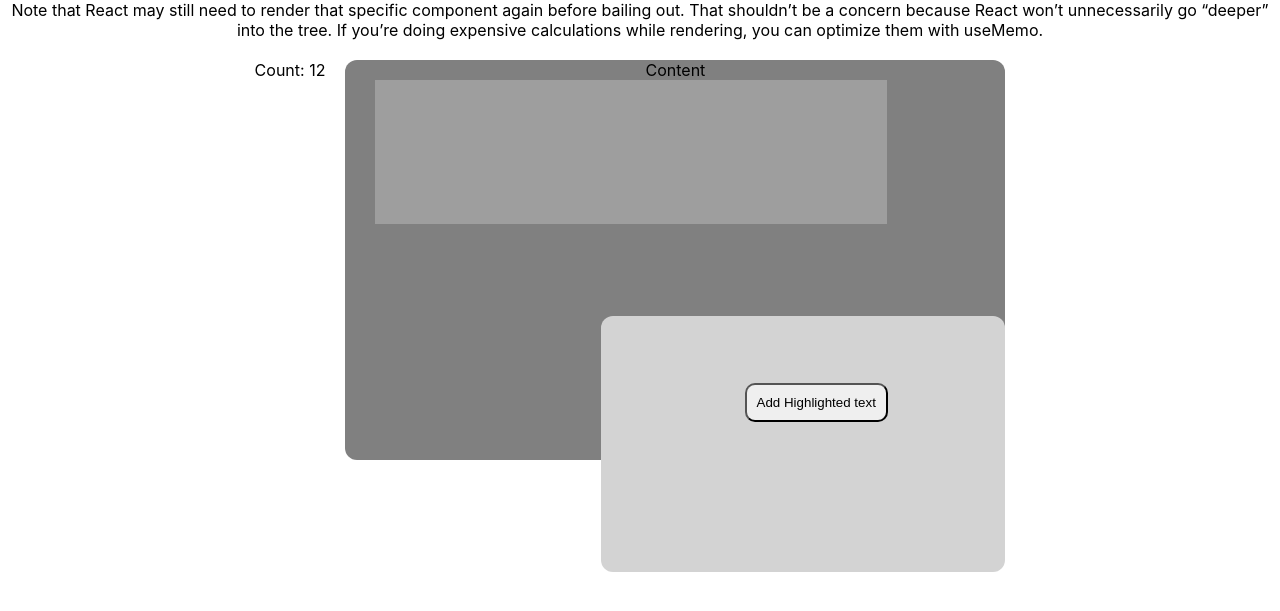
Repository: Farbod29/React-text-highlighter-with-hook-
Page: /
An editor plug-in stored every save of this project. The page is shown before and after the next save, followed by the edit.
The browser window is 1280 px wide. The pictures show the whole page.
Pictures or frames that could not be fetched are drawn as grey boxes. The project was rebuilt for these pictures with package versions that can differ from the ones it lists, and the page was loaded fresh each time.

Above is the page before, as saved 2022-02-18 21:58:30.

### src/App.js
import './App.css';
import Highlighter from './highlighter';
function App() {
  return (
    <div className="App">
      <Highlighter />
    </div>
  );
}

export default App;

### src/highlighter.js
import React, { useEffect, useState } from 'react';

export default function Highlighter() {
  let doit = () => {
    document.onmouseup = () => {
      console.log(window.getSelection().toString());
    };
  };
  const [count, setCount] = useState(12);
  return (
    <>
      <div>
        {' '}
        Note that React may still need to render that specific component again
        before bailing out. That shouldn’t be a concern because React won’t
        unnecessarily go “deeper” into the tree. If you’re doing expensive
        calculations while rendering, you can optimize them with useMemo.
      </div>
      Count: {count}
      {/* <button onClick={() => setCount((prevCount) => prevCount - 1)}>-</button> */}
      <div
        style={{
          padding: '0px 10px',
          height: '400px',
          width: '50vw',
          margin: '20px',
          borderRadius: '12px',
          backgroundColor: 'gray',
          inline: true,
          fontColor: 'red',
          display: 'inline-block',
          textAlign: 'center',
          position: 'relative',
        }}
      >
        <div
          style={{
            padding: '0px 10px',
            backgroundColor: '#D3D3D3',
            height: '20vw',
            width: '30vw',
            left: '20vw',
            top: '20vw',
            borderRadius: '12px',
            position: 'absolute',
          }}
        />
        <img
          style={{
            height: '20vh',
            width: '40vw',
            position: 'absolute',
            left: 30,
            top: 20,
          }}
          src="https://pfrias.couragecompanion.eu/storage/m/_v2/213604778138275840/4f8b684e5-e9314a/vlyvkRQwb3ew/u8hVvH5l5IFvha9MQyXCzPOYLo2SXG3bqIpv6vBg.png"
        ></img>
        Content
        <div
          style={{
            position: 'absolute',
            bottom: '3vw',
            left: '24vw',
            right: '2vw',
          }}
        >
          <button
            style={{ padding: '10px', borderRadius: '10px' }}
            onClick={() => setCount(12)}
          >
            {' '}
            Add Highlighted text{' '}
          </button>
        </div>
      </div>
      {doit()}
    </>
  );
}

Loaded but not shown: public/index.html (common file); src/index.js (common file); src/index.css (common file); src/reportWebVitals.js (common file); src/App.css (common file)

After the next save:
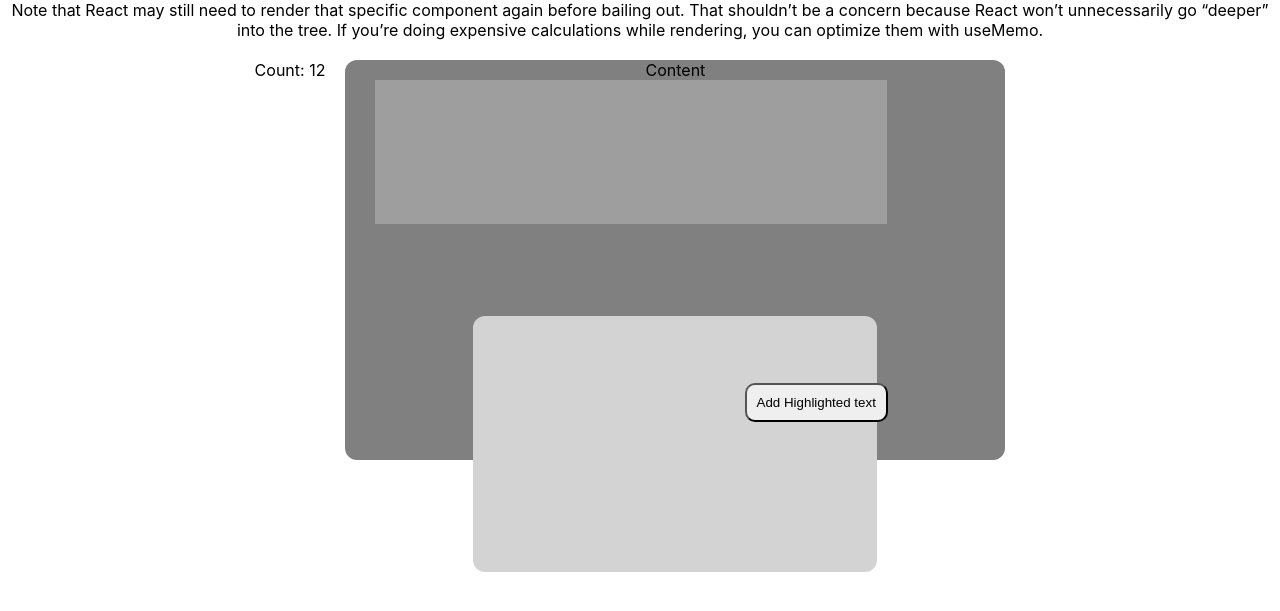
Saved 6 s later.
--- a/src/highlighter.js
+++ b/src/highlighter.js
@@ -39,7 +39,7 @@ export default function Highlighter() {
             backgroundColor: '#D3D3D3',
             height: '20vw',
             width: '30vw',
-            left: '20vw',
+            left: '10vw',
             top: '20vw',
             borderRadius: '12px',
             position: 'absolute',
